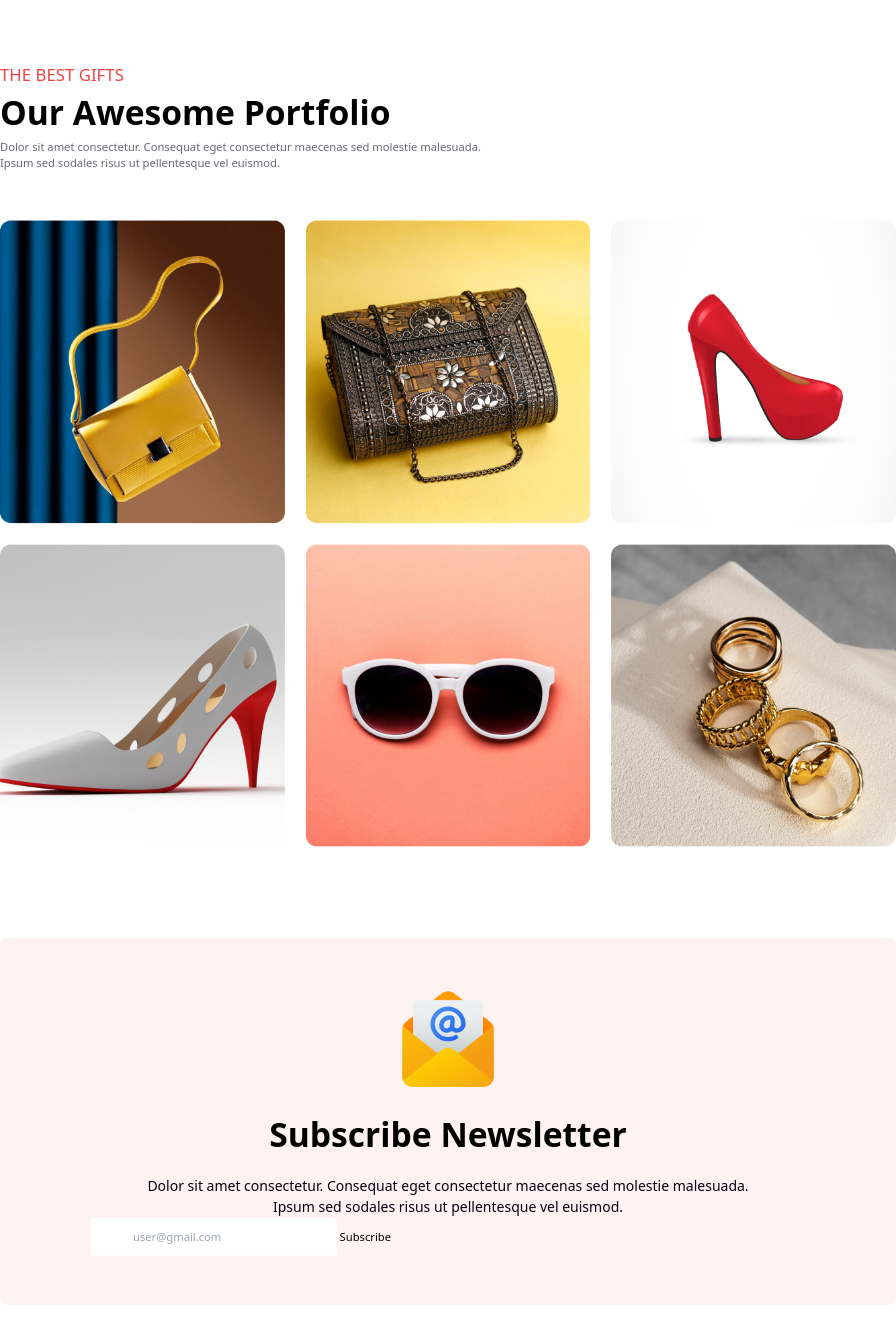
Repository: nahid-hasann/landing-page-1
Page: index.html
The author's editor kept a copy of each file at every save. The page is drawn from the files as they stood at one save, then again after the next save.
The browser window is 1280 px wide. The pictures show the part of the page from y = 4580 to 6500 px (the page is 6574 px tall), at 70% of full size.
Some web libraries are served in a nearby version.

Above is the page before, as saved 2025-07-09 22:07:20.

### index.html
<!DOCTYPE html>
<html lang="en">
<head>
    <meta charset="UTF-8">
    <meta name="viewport" content="width=device-width, initial-scale=10">
    <title>Document</title>
    <link rel="stylesheet" href="style.css">
    <script src="https://cdn.tailwindcss.com"></script>

</head>
<body>

<main class="main">

  <section>
      <div class="banner">

        <h6 style="color: white; text-align: center;">Happy New Year</h6>
        <h1 style="color: white; text-align: center;">New Year Party Celebration</h1>

    </div>
  </section>

<section class="discount-section">
      <div class="discount">

      <h1 class="discount-of">65% OFF</h1>
      <br>
      <br>
      <br>
      <p class="discount-p">OUR HOLIDAY DEALS ARE BETTER</p>
      <br>
      <h4 class="discount-h">ALL CATEGORIES</h4>
      <br>
      <img style="width: 802px; text-align: center; margin: auto;" src="images/New Year Photo.png" alt="">

  </div>
</section>

<section class="midnight-party">
      <div>
        <h1 style="font-size: 64px; color: white;">Welcome to midnight party</h1>
        <br>
        <p style="font-size: 18px; color: #b09f7c;">Dolor sit amet consectetur. Consequat eget consectetur maecenas sed molestie malesuada. Ipsum sed sodales risus ut pellentesque vel euismod. </p>
        <br>
        <p style="font-size: 20px ; font-weight: 700; color: white;">Join Now</p>
      </div>

      <img src="images/Group 70.png" alt="">

</section >

<section class=" offer">

         <p style="font-size: 30px;"><span style="color: red; font-size: 30px;">Place:</span> New Park Hotel</p>
         <br>
         <p style="font-size: 30px;"><span style="color: red; font-size: 30px;">Date:</span> 31 December Night 2023</p>
         <br>
         <p style="font-size: 30px;"><span style="color: red; font-size: 30px;">Time:</span> Evening 7.30 pm to 12.30 am</p>
         <br>
         <br>
         <button class="btn">Join Now</button>

</section>


<section class="new-best-offer">

<div class="new-offer1">
  <p style="font-size: 24px; color: red;">NEW BEST OFFER</p>
  <br>
  <h1 style="font-size: 48px;">Coming Soon</h1>
  <br>
  <p style="font-size: 20px ; color: rgba(7, 2, 17, 0.6);">Dolor sit amet consectetur. Consequat eget consectetur maecenas sed molestie malesuada. Ipsum sed sodales risus ut pellentesque vel euismod. </p>
</div>

<div style="padding-right: 100px;" class="new-offer2">
    <div class="circle-border">
      <img style="width: 364px; " src="images/Ellipse 1.png" alt="">
    </div>
</div>

<div class="new-offer3">
      <h2>2024</h2>
      <p>Dolor sit amet consectetur. Consequat eget consectetur maecenas sed.</p>
      <img src="images/Group 96.png" alt="">
</div>

</section>


<section class="holidays">

  <div>
    <p style="font-size: 24px ; text-align: center;">WHAT IS FUNCTIONAL</p>
    <br>
    <h1 style="font-size: 72px; text-align: center;"><span style="color: red; text-align: center;">Holidays</span> Sale 50%</h1>
    <br>
    <p style="text-align: center; font-size: 18px ; padding: 0px 100px;">Dolor sit amet consectetur. Consequat eget consectetur maecenas sed <br>
molestie malesuada. Ipsum sed  sodales risus ut pellentesque vel euismod. Eleifend nunc purus quam id <br> fermentum amet amet sit consectetur.</p>
  </div>

  <div class="holidays-img">
    <img class="img1" src="images/Group 75.png" alt="">
    <img class="img2" src="images/Group 44.png" alt="">
  </div>


</section>


<section class="img-show mb-[130px]">

   <div>
    <p class="text-red-500  text-[24px]">THE BEST GIFTS</p>
    <h1 class="text-[48px] font-bold">Our Awesome Portfolio</h1>
    <p class="text-[rgba(7,2,17,0.6)]">Dolor sit amet consectetur. Consequat eget consectetur maecenas sed molestie malesuada. <br>
    Ipsum sed sodales risus ut pellentesque vel euismod. </p>
   </div>

   <div class="img-show-1">
    <img src="images/Rectangle 3.png" alt="">
    <img src="images/Rectangle 4.png" alt="">
    <img src="images/Rectangle 5.png" alt="">
    <img src="images/Rectangle 6.png" alt="">
    <img src="images/Rectangle 7.png" alt="">
    <img src="images/Rectangle 8.png" alt="">
   </div>

</section>

<section class="subscrib-news-latter mb-[130px]">
     <div class="subscription">
      <img class="w-[150px] h-[150px]" src="images/Group 61.png" alt="">
      <br>
      <h1 class="text-[48px] font-bold">Subscribe Newsletter</h1>
      <br>
      <p class="text-[20px] text-[#070211]">Dolor sit amet consectetur. Consequat eget consectetur maecenas sed molestie malesuada.
        <br> Ipsum sed sodales risus ut pellentesque vel euismod. </p>
     </div>

     <div class="news-latter">
      <input type="email" placeholder="user@gmail.com">
      <button>Subscribe</button>
     </div>
</section>

</main>





</body>
</html>

### style.css
*{
    margin: 0;
    padding: 0;
    box-sizing: border-box;
}

.main{
    max-width: 1320px;
    margin: auto;
}

.banner{
    background: linear-gradient(rgba(0, 0, 0, 0.5), rgba(0, 0, 0, 0.5)), url(images/banner.png);
    background-repeat: no-repeat;
    background-size: cover;
    background-position: center;
    margin: 20px auto;
    height: 600px;
    display: flex;
    flex-direction: column;
    justify-content: center;
    border-radius: 15px;

}

.banner h1 {
   font-size: 72px;
}

.banner h6{
    font-size: 32px;
}

.discount{
    display: flex;
    flex-direction: column;
    justify-content: center;
    align-items: center;
}

.discount-of{
    font-size: 88px;
    color: red;
}

.discount-p{
    font-size: 24px ;
    color: red;

}

.discount-h{
    font-size: 48px;
}

.discount-section{
    margin: 130px 0;
}

.midnight-party{
    display: flex;
    justify-content: space-around;
    background: linear-gradient(rgba(0, 0, 0, 0.5), rgba(0, 0, 0, 0.5)), url('images/Vectorrr.png');
    align-items: center;
    padding: 40px 100px;
    border-radius: 10px;
    gap: 40px;
    margin-bottom: 130px;
}

.offer{
    background: linear-gradient(to bottom, #ffeaea, #ffffff);
    padding: 100px;
    display: flex;
    flex-direction: column;
    align-items: center;
    margin-bottom: 130px;
    border-radius: 10px;
}

.btn{
    padding: 13px 24px;
    border: none;
    background-color: red;
    border-radius: 5px;
}

.new-best-offer{
    display: flex;
    gap: 50px;
    align-items: center;
    justify-content: space-between;
    margin: 130px auto;
}

.new-offer2 .circle-border{
    width: 500px;
    height: 500px;
    border-radius: 50%;
    display: flex;
    justify-content: center;
    background: transparent;
    align-items: center;
    border: 20px solid red;

}

.new-offer2 img {
    width: 90%;                 /* Size adjust */
    height: auto;
    object-fit: cover;          /* Maintain image aspect */
}

.holidays{
    margin-bottom: 130px;
}

.img1{
    width: 674px;
}

.img2{
    width: 200px;
    margin-bottom: 300px;
    margin-right: 70px;
}

.holidays-img{
    background-image: url('images/rectangle.png');
    background-repeat: no-repeat;
    background-position: center bottom;
    display: flex;
    justify-content: space-between;
    align-items: flex-end;
    margin-top: 50px;
}

.img-show-1{

    display: grid;
    grid-template-columns: 1fr 1fr 1fr;
    column-gap: 30px;
    row-gap: 30px;
    margin-top: 70px;
}

.subscription{
    display: flex;
    flex-direction: column;
    justify-content: center;
    align-items: center;
    text-align: center;
}

.subscrib-news-latter{
    background: #fff2f2;
    padding: 70px 130px;
    border-radius: 10px;
}

.news-latter input{
    background-color: rgba(255, 255, 255, 1);
    padding: 15px 60px 15px ;
}

After the next save:
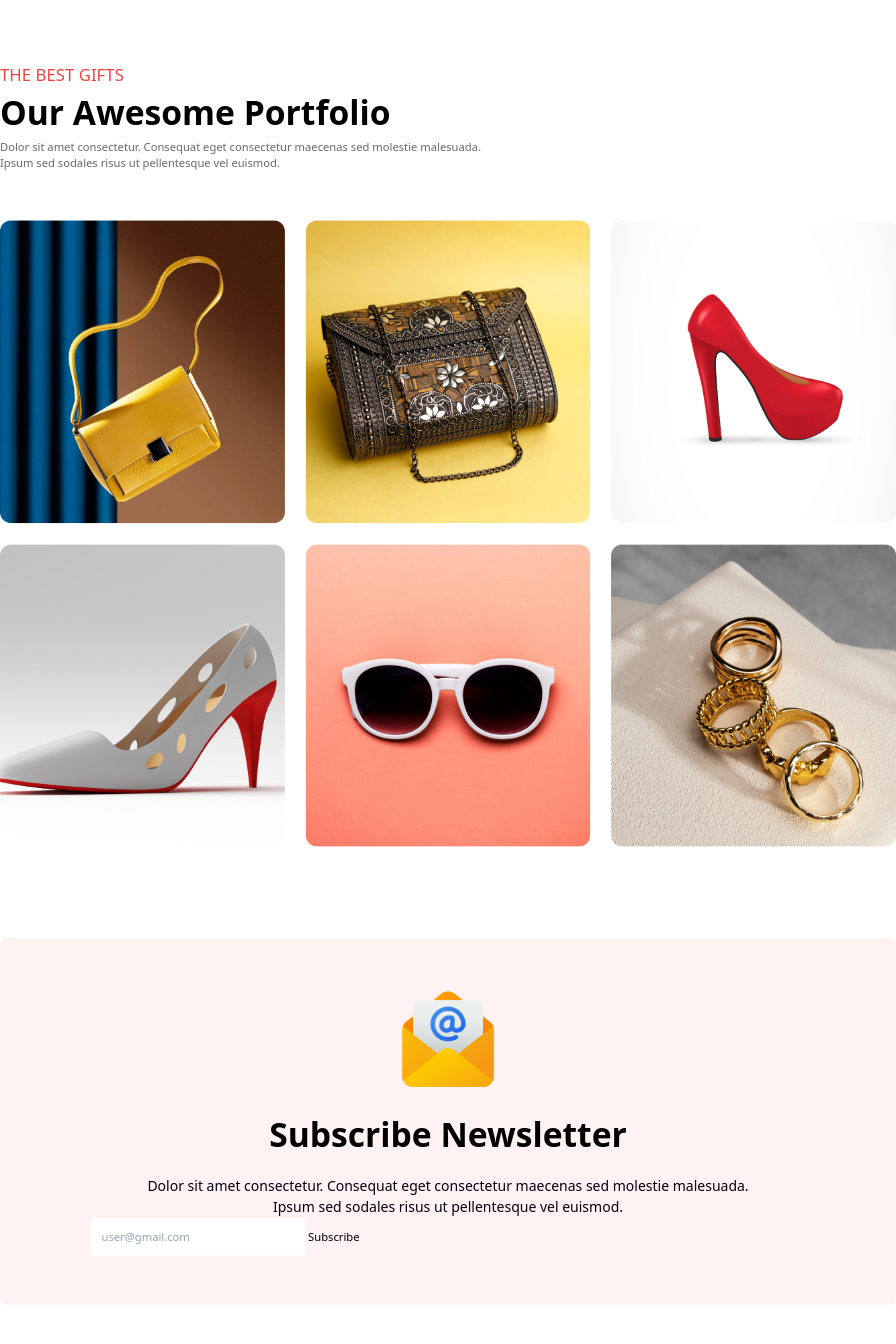
Saved 8 s later.
--- a/style.css
+++ b/style.css
@@ -160,5 +160,5 @@
 
 .news-latter input{
     background-color: rgba(255, 255, 255, 1);
-    padding: 15px 60px 15px ;
+    padding: 15px 60px 15px 15px;
 }
